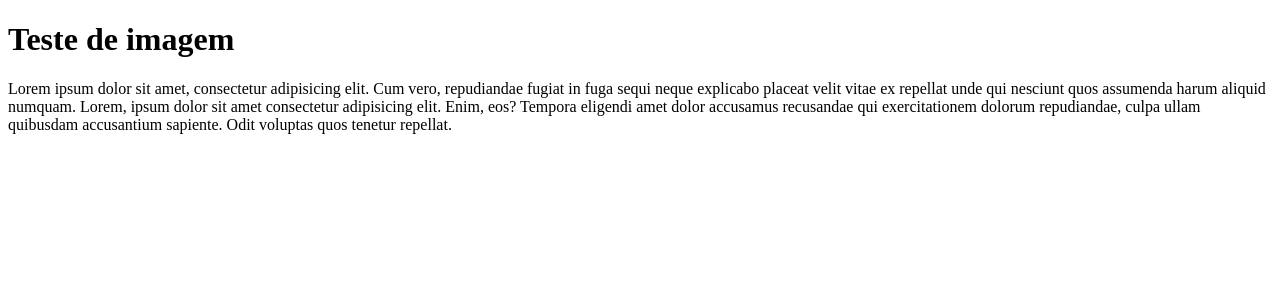
Repository: gustavotwist/html-css
Page: main.html
An editor plug-in stored every save of this project. The page is shown before and after a run of saves, followed by the edit.
The browser window is 1280 px wide. The pictures show the whole page.

Above is the page before, as saved 2024-04-14 17:06:40.

After the next 2 saves:
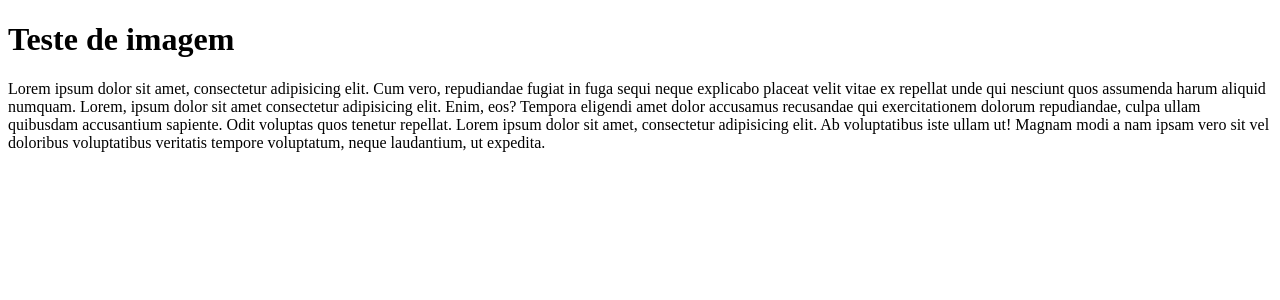
The 2 saves are shown as one change because they came seconds apart.
The last was saved 6 s later.
--- a/main.html
+++ b/main.html
@@ -13,7 +13,7 @@
 <body>
     <main>
         <h1>Teste de imagem</h1>
-        <p>Lorem ipsum dolor sit amet, consectetur adipisicing elit. Cum vero, repudiandae fugiat in fuga sequi neque explicabo placeat velit vitae ex repellat unde qui nesciunt quos assumenda harum aliquid numquam. Lorem, ipsum dolor sit amet consectetur adipisicing elit. Enim, eos? Tempora eligendi amet dolor accusamus recusandae qui exercitationem dolorum repudiandae, culpa ullam quibusdam accusantium sapiente. Odit voluptas quos tenetur repellat.
+        <p>Lorem ipsum dolor sit amet, consectetur adipisicing elit. Cum vero, repudiandae fugiat in fuga sequi neque explicabo placeat velit vitae ex repellat unde qui nesciunt quos assumenda harum aliquid numquam. Lorem, ipsum dolor sit amet consectetur adipisicing elit. Enim, eos? Tempora eligendi amet dolor accusamus recusandae qui exercitationem dolorum repudiandae, culpa ullam quibusdam accusantium sapiente. Odit voluptas quos tenetur repellat. Lorem ipsum dolor sit amet, consectetur adipisicing elit. Ab voluptatibus iste ullam ut! Magnam modi a nam ipsam vero sit vel doloribus voluptatibus veritatis tempore voluptatum, neque laudantium, ut expedita.
         </p>
     </main>
 </body>
